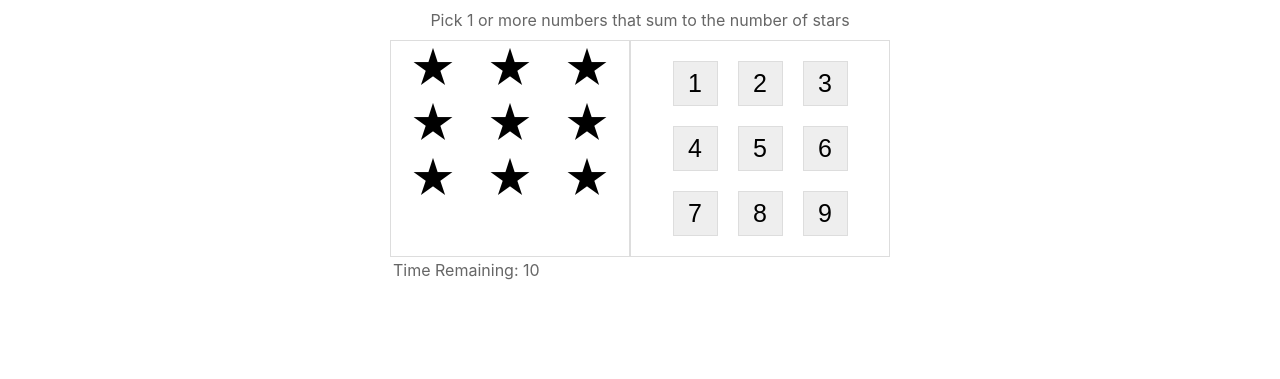
Repository: alicescfernandes/star-match-react-ts
Page: /
The author's editor kept a copy of each file at every save. The page is drawn from the files as they stood at one save, then again after the next save.
The browser window is 1280 px wide. The pictures show the whole page.
The project was rebuilt for these pictures with package versions that can differ from the ones it lists, and the page was loaded fresh each time.

Above is the page before, as saved 2020-12-21 23:24:27.

### src/index.tsx
import React from 'react';
import ReactDOM from 'react-dom';
import './index.css';
import App  from './App';
import reportWebVitals from './reportWebVitals';

ReactDOM.render(
  <React.StrictMode>
    <App />
  </React.StrictMode>,
  document.getElementById('root')
);

// If you want to start measuring performance in your StartMatch, pass a function
// to log results (for example: reportWebVitals(console.log))
// or send to an analytics endpoint. Learn more: https://bit.ly/CRA-vitals
reportWebVitals(console.log);

### src/App.tsx
import './App.css';
import {utils} from './modules/utils'
import {colors} from './modules/constants'

const App = () => {
  const stars = 5;
  return (
    <div className="game">
      <div className="help">
        Pick 1 or more numbers that sum to the number of stars
      </div>
      <div className="body">
        <div className="left">
          <div className="star" />
          <div className="star" />
          <div className="star" />
          <div className="star" />
          <div className="star" />
          <div className="star" />
          <div className="star" />
          <div className="star" />
          <div className="star" />
        </div>
        <div className="right">
          <button className="number">1</button>
          <button className="number">2</button>
          <button className="number">3</button>
          <button className="number">4</button>
          <button className="number">5</button>
          <button className="number">6</button>
          <button className="number">7</button>
          <button className="number">8</button>
          <button className="number">9</button>
        </div>
      </div>
      <div className="timer">Time Remaining: 10</div>
    </div>
  );
};

export default App;

### src/modules/utils.ts
// Math science
const utils = {
    // Sum an array
    sum: (arr:number[]) => arr.reduce((acc:number, curr:number) => acc + curr, 0),

    // create an array of numbers between min and max (edges included)
    range: (min: number, max: number) => Array.from({ length: max - min + 1 }, (_, i) => min + i),

    // pick a random number between min and max (edges included)
    random: (min: number, max: number) => min + Math.floor(Math.random() * (max - min + 1)),

    // Given an array of numbers and a max...
    // Pick a random sum (< max) from the set of all available sums in arr
    randomSumIn: (arr: string | any[], max: number) => {
      const sets = [[]];
      const sums = [];
      for (let i = 0; i < arr.length; i++) {
        for (let j = 0, len = sets.length; j < len; j++) {
          const candidateSet = sets[j].concat(arr[i]);
          const candidateSum = utils.sum(candidateSet);
          if (candidateSum <= max) {
            sets.push(candidateSet);
            sums.push(candidateSum);
          }
        }
      }
      return sums[utils.random(0, sums.length - 1)];
    },
  };

export {utils};

Loaded but not shown: public/index.html (common file); src/index.css (common file); src/reportWebVitals.ts (common file); src/App.css (common file)

After the next save:
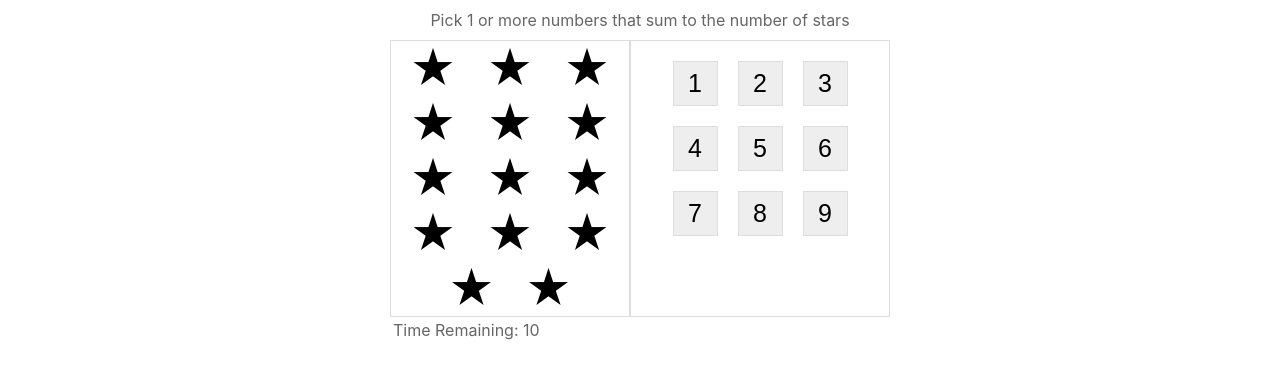
Saved 104 s later.
--- a/src/App.tsx
+++ b/src/App.tsx
@@ -11,7 +11,12 @@ const App = () => {
       </div>
       <div className="body">
         <div className="left">
-          <div className="star" />
+          {
+            utils.range(0,stars).map(startId => {
+
+          return <div key={startId} className="star" />
+            })
+          }
           <div className="star" />
           <div className="star" />
           <div className="star" />
